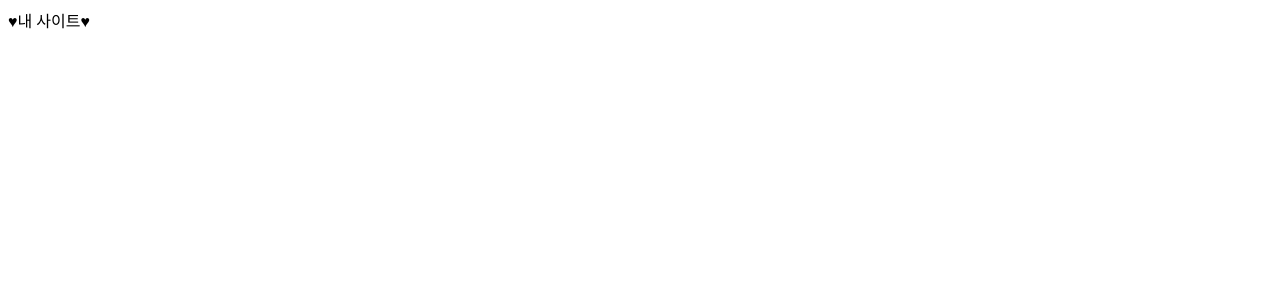
Repository: sangah-park98/jsp-class
Page: k20230503_1_html/src/main/webapp/21_script.html
An editor plug-in stored every save of this project. The page is shown before and after the next save, followed by the edit.
The browser window is 1280 px wide. The pictures show the whole page.

Above is the page before, as saved 2023-05-04 02:19:43.
Console error: TypeError: Cannot read properties of null (reading 'innerText')

### k20230503_1_html/src/main/webapp/21_script.html
<!DOCTYPE html>
<html>
<head>
<meta charset="UTF-8">
<title>script</title>
<!-- 10:45
<script type="text/javascript">
//	id 속성이 my-name으로 지정된 div 태그가 브라우저에 랜더링(표시)되기 전이므로 얻어올 수 없다.
	const myName = document.getElementById('my-name'); /* name에 <div> 태그 전체가 들어가므로 innerText로 글자만 얻어온다. */
	console.log(myName); // null
	console.log(myName.innerText); // 에러
</script>
-->

<!-- 외부 js 파일 가져오기 -->
<script type="text/javascript" src="./js/21_script.js"></script>
</head>
<body>

<div id="my-name">
	♥내 사이트♥
</div>

<!--
<script type="text/javascript">
//	id 속성이 my-name으로 지정된 div 태그가 브라우저에 랜더링(표시)된 이후이므로 얻어올 수 있다.
	const myName = document.getElementById('my-name');
	console.log(myName); //<div id="my-name">♥내 사이트♥</div>
	console.log(myName.innerText); // ♥내 사이트♥
	myName.innerText = '<h1>내 사이트야!<h1>';
</script>
-->

<script type="text/javascript" src="./js/21_script.js"></script>
</body>
</html>

### k20230503_1_html/src/main/webapp/js/21_script.js
const myName = document.getElementById('my-name');
console.log(myName);
console.log(myName.innerText);

After the next save:
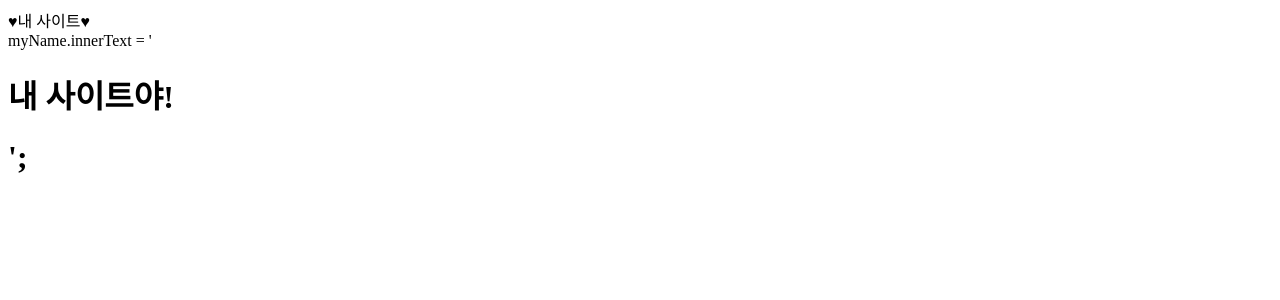
The error is gone.
Saved 48 s later.
--- a/k20230503_1_html/src/main/webapp/21_script.html
+++ b/k20230503_1_html/src/main/webapp/21_script.html
@@ -13,7 +13,7 @@
 -->
 
 <!-- 외부 js 파일 가져오기 -->
-<script type="text/javascript" src="./js/21_script.js"></script>
+<!-- <script type="text/javascript" src="./js/21_script.js"></script> -->
 </head>
 <body>
 
@@ -32,5 +32,6 @@
 -->
 
 <script type="text/javascript" src="./js/21_script.js"></script>
+	myName.innerText = '<h1>내 사이트야!<h1>';
 </body>
 </html>
